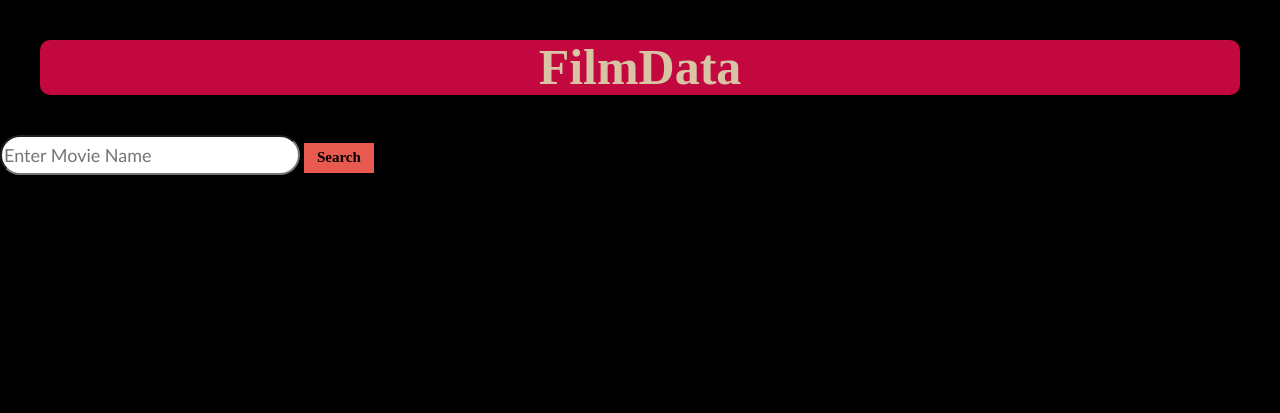
Repository: priyankajainmodi/film_data
Page: index.html
The author's editor kept a copy of each file at every save. The page is drawn from the files as they stood at one save, then again after the next save.
The browser window is 1280 px wide. The pictures show the whole page.
Some web fonts or font styles are not loaded; a fallback is used.

Above is the page before, as saved 2021-12-04 23:28:03.

After the next save:
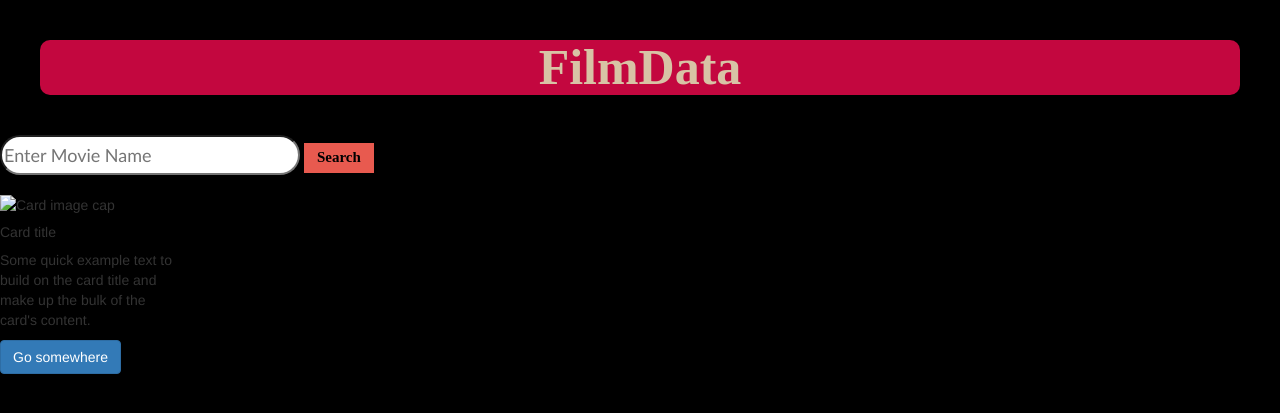
Not found: ...
Saved 4 min 20 s later.
--- a/index.html
+++ b/index.html
@@ -73,6 +73,15 @@
     <div id="content">
         <div>
             <div id="leftbox">
+
+                <div class="card" style="width: 18rem;">
+                    <img class="card-img-top" src="..." alt="Card image cap">
+                    <div class="card-body">
+                        <h5 class="card-title">Card title</h5>
+                        <p class="card-text">Some quick example text to build on the card title and make up the bulk of the card's content.</p>
+                        <a href="#" class="btn btn-primary">Go somewhere</a>
+                    </div>
+                </div>
             </div>
             <div id="rightbox"></div>
         </div>

After the save that followed:
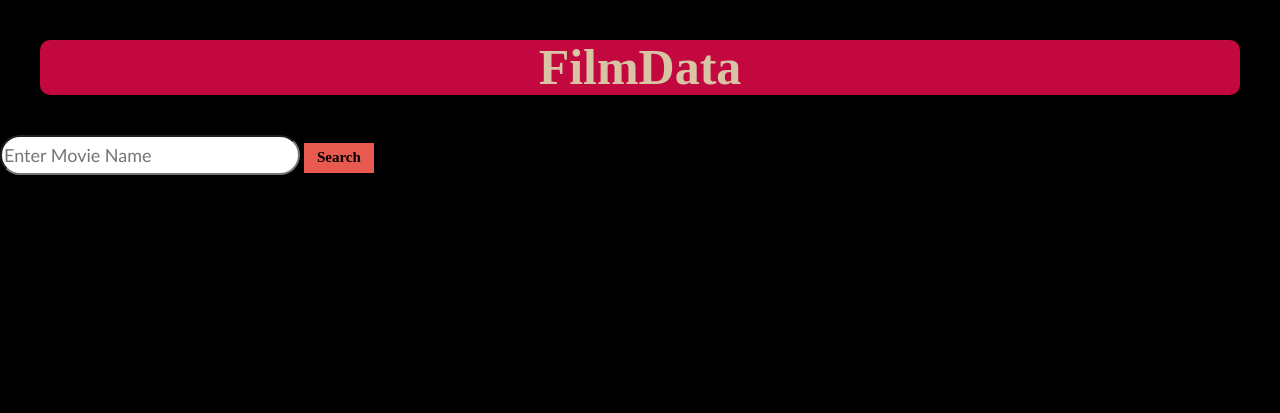
Saved 2 min 12 s later.
--- a/index.html
+++ b/index.html
@@ -74,14 +74,7 @@
         <div>
             <div id="leftbox">
 
-                <div class="card" style="width: 18rem;">
-                    <img class="card-img-top" src="..." alt="Card image cap">
-                    <div class="card-body">
-                        <h5 class="card-title">Card title</h5>
-                        <p class="card-text">Some quick example text to build on the card title and make up the bulk of the card's content.</p>
-                        <a href="#" class="btn btn-primary">Go somewhere</a>
-                    </div>
-                </div>
+
             </div>
             <div id="rightbox"></div>
         </div>
